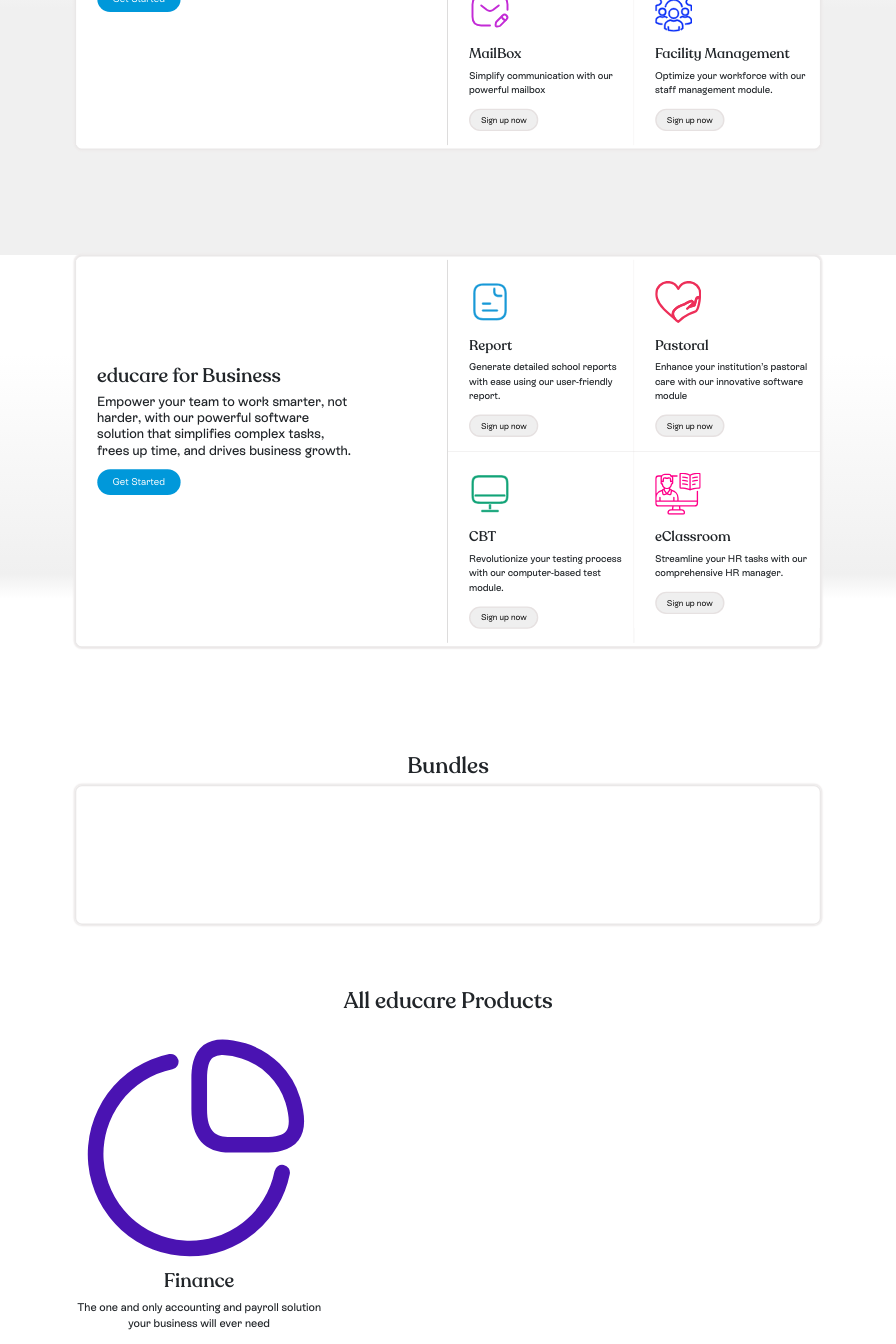
Repository: sarahnnanyelugo/educare-web
Page: /
An editor plug-in stored every save of this project. The page is shown before and after the next save, followed by the edit.
The browser window is 1280 px wide. The pictures show the part of the page from y = 1525 to 3445 px (the page is 3445 px tall before and 3113 px after), at 70% of full size.
The project was rebuilt for these pictures with package versions that can differ from the ones it lists, and the page was loaded fresh each time.

Above is the page before, as saved 2023-04-05 10:10:55.

After the next save:
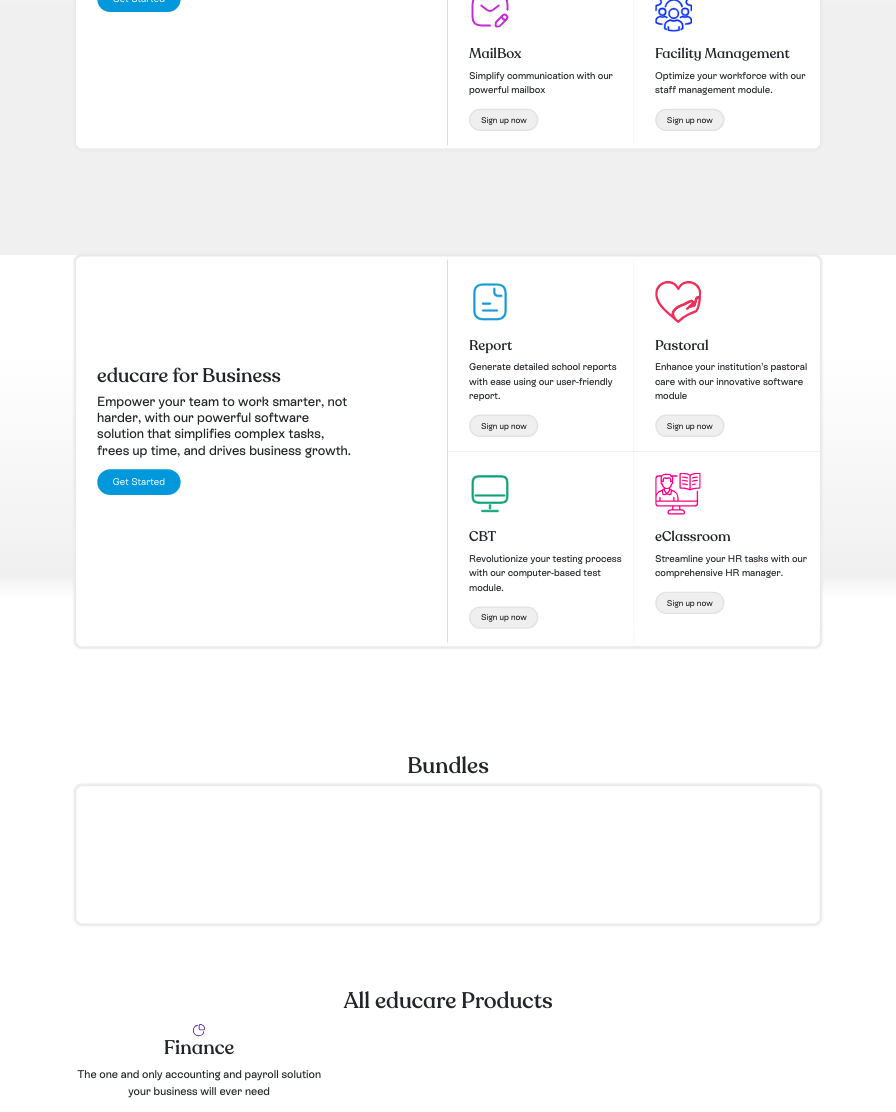
Saved 29 s later.
--- a/src/pages/Home/_home.scss
+++ b/src/pages/Home/_home.scss
@@ -99,3 +99,8 @@
   padding-bottom: 5px;
   padding-top: 5px;
 }
+.products-container {
+  img {
+    height: 20px;
+  }
+}
